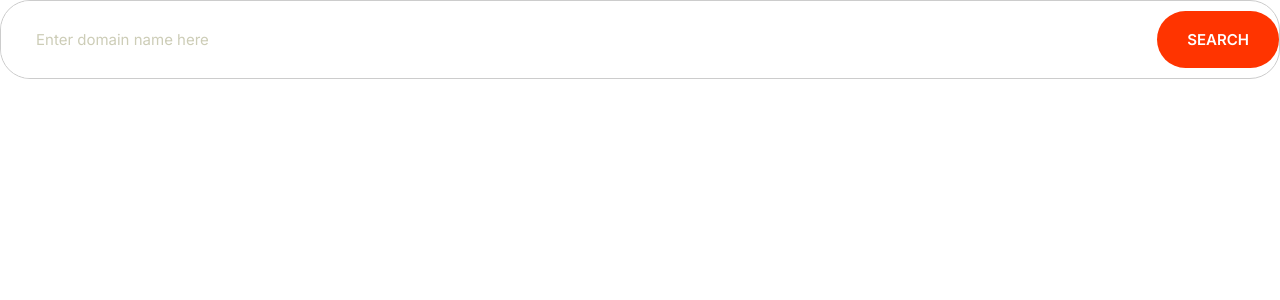
Repository: Qiwenweiii/CodeWithMosh
Page: index.html
The author's editor kept a copy of each file at every save. The page is drawn from the files as they stood at one save, then again after the next save.
The browser window is 1280 px wide. The pictures show the whole page.

Above is the page before, as saved 2021-11-11 21:36:40.

After the next save:
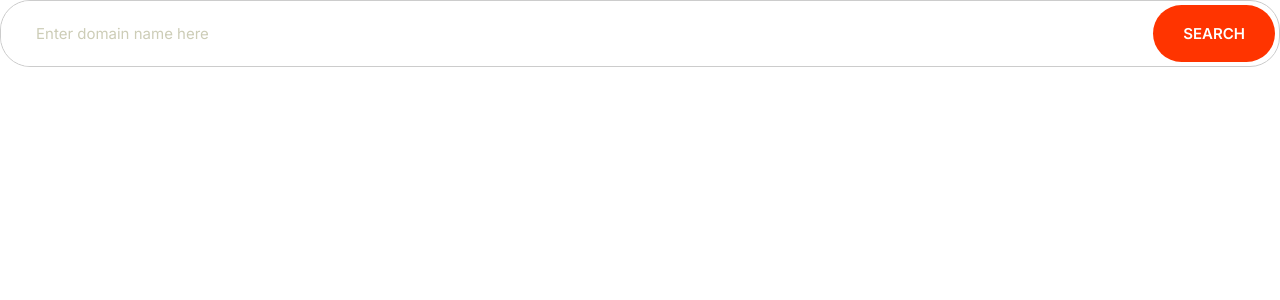
Saved 38 s later.
--- a/styles/styles.css
+++ b/styles/styles.css
@@ -293,6 +293,10 @@ a {
     flex-grow: 1;
 }
 
+.input-group .btn {
+    margin: 4px;
+}
+
 @media screen and (min-width: 1024px) {
     .input {
         font-size: 1.5rem;
